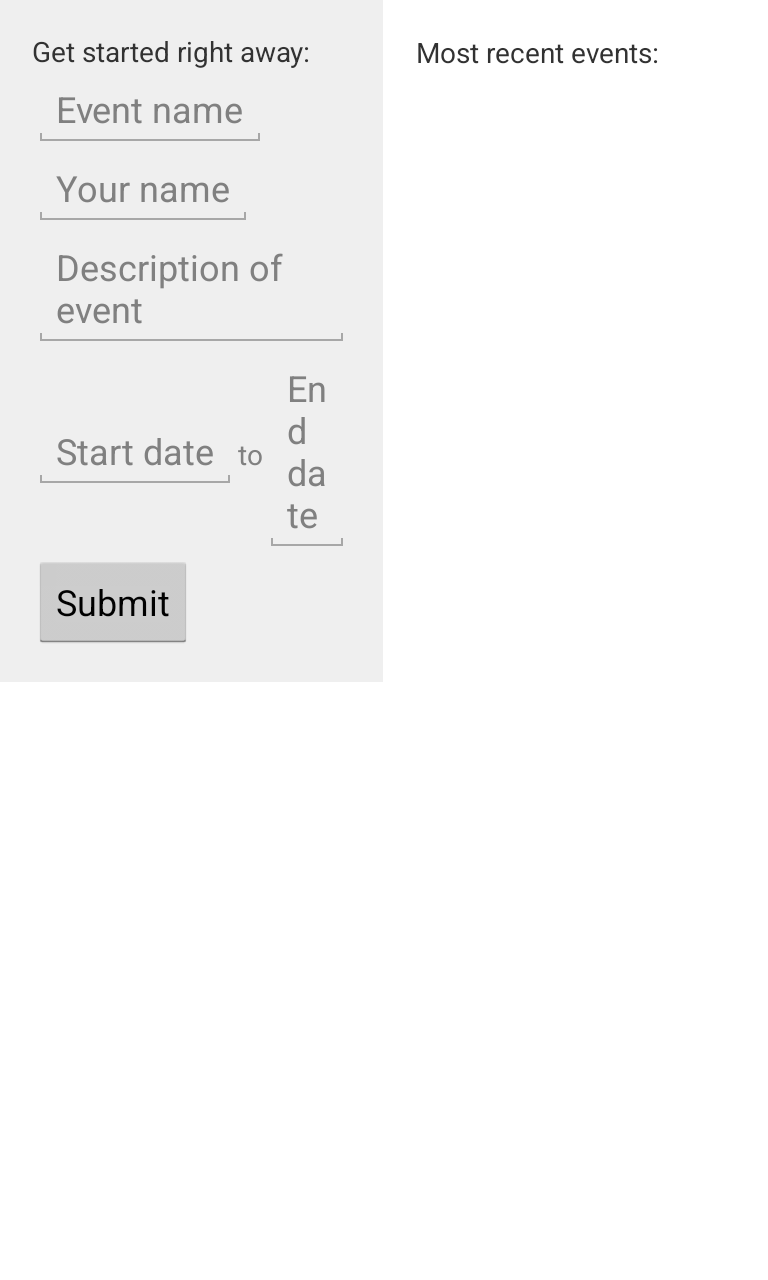
Repository: Raytray/WTFIIMC
Layout: Android/WTFIIMC/res/layout/activity_main.xml
These files come from the project's save history. The layout is drawn as it stood at one moment and after the next save; the edit follows.
It is drawn on a 768 x 1280 px phone screen (xhdpi) without system bars, with theme AppTheme; the app's code is not run.

Above is the layout before, as saved 2013-10-28 02:42:00.

### Android/WTFIIMC/res/layout/activity_main.xml
<TableLayout xmlns:android="http://schemas.android.com/apk/res/android"
			    xmlns:tools="http://schemas.android.com/tools"
    android:layout_width="fill_parent"
    android:layout_height="fill_parent"
    android:stretchColumns="1" >
    <TableRow>

        <FrameLayout
                android:layout_height="wrap_content"
                android:layout_width="0dp"
                android:layout_weight="1">
	    <ScrollView android:layout_width="fill_parent"
            	android:layout_height="fill_parent"
            	android:background="#efefef">
            <LinearLayout
			    android:layout_width="match_parent"
			    android:layout_height="match_parent"
			    android:paddingBottom="@dimen/activity_vertical_margin"
			    android:paddingLeft="@dimen/activity_horizontal_margin"
			    android:paddingRight="@dimen/activity_horizontal_margin"
			    android:paddingTop="@dimen/activity_vertical_margin"
			    android:orientation="vertical"
			    tools:context=".MainActivity" >

			    <TextView
			        android:layout_width="wrap_content"
			        android:layout_height="wrap_content"
			        android:text="@string/hello_world" />
				<EditText android:id="@+id/event_name"
			        android:layout_width="wrap_content"
			        android:layout_height="wrap_content"
			        android:hint="@string/prompt_event_name" />
				<EditText android:id="@+id/owner_name"
			        android:layout_width="wrap_content"
			        android:layout_height="wrap_content"
			        android:hint="@string/prompt_owner_name" />
				<EditText android:id="@+id/event_desc"
			        android:layout_width="wrap_content"
			        android:layout_height="wrap_content"
			        android:hint="@string/prompt_event_desc" />
				<LinearLayout
				    android:layout_width="match_parent"
				    android:layout_height="match_parent"
				    android:orientation="horizontal">
				<EditText android:id="@+id/start_date"
			        android:layout_width="wrap_content"
			        android:layout_height="wrap_content"
			        android:hint="@string/prompt_start_date" />
				<TextView
				    android:layout_width="wrap_content"
			        android:layout_height="wrap_content"
				    android:hint="@string/date_to"/>
				<EditText android:id="@+id/end_date"
			        android:layout_width="wrap_content"
			        android:layout_height="wrap_content"
			        android:hint="@string/prompt_end_date" />
				</LinearLayout>
				<Button
			        android:layout_width="wrap_content"
			        android:layout_height="wrap_content"
			        android:text="@string/button_send" />
			</LinearLayout>
		</ScrollView>
		</FrameLayout>

		<FrameLayout
                android:layout_height="wrap_content"
                android:layout_width="0dp"
                android:layout_margin="1px"
                android:layout_weight="1">
	    	<LinearLayout
			    android:layout_width="match_parent"
			    android:layout_height="match_parent"
			    android:paddingBottom="@dimen/activity_vertical_margin"
			    android:paddingLeft="@dimen/activity_horizontal_margin"
			    android:paddingRight="@dimen/activity_horizontal_margin"
			    android:paddingTop="@dimen/activity_vertical_margin"
			    android:orientation="vertical"
			    tools:context=".MainActivity" >

		    	<TextView
				        android:layout_width="wrap_content"
				        android:layout_height="wrap_content"
				        android:text="@string/list_of_events" />
		    </LinearLayout>
	    </FrameLayout>

    </TableRow>

</TableLayout>

### Android/WTFIIMC/res/values/strings.xml
<?xml version="1.0" encoding="utf-8"?>
<resources>

    <string name="app_name">WTFIIMC</string>
    <string name="action_settings">Settings</string>
    <string name="hello_world">Get started right away:</string>
    <string name="list_of_events">Most recent events:</string>

    <string name="prompt_event_name">Event name</string>
    <string name="prompt_owner_name">Your name</string>
    <string name="prompt_start_date">Start date</string>
    <string name="date_to"> to </string>
    <string name="prompt_event_desc">Description of event</string>
    <string name="prompt_end_date">End date</string>
    <string name="button_send">Submit</string>
    <string name="title_activity_main">MainActivity</string>
</resources>

Loaded but not shown: Android/WTFIIMC/res/values/styles.xml (common file); Android/WTFIIMC/res/values-v11/styles.xml (common file); Android/WTFIIMC/res/values-v14/styles.xml (common file); Android/WTFIIMC/res/values/dimens.xml (common file)

After the next save:
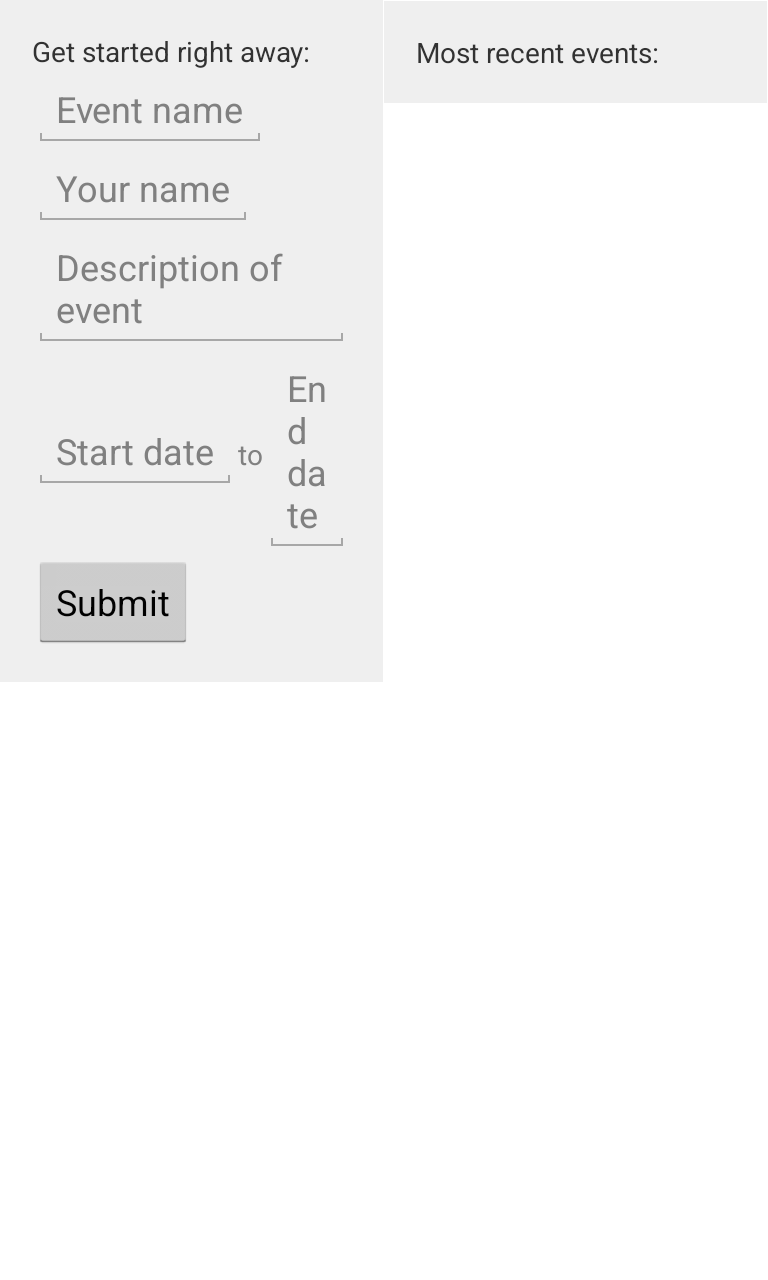
Saved 35 s later.
--- a/Android/WTFIIMC/res/layout/activity_main.xml
+++ b/Android/WTFIIMC/res/layout/activity_main.xml
@@ -68,6 +68,9 @@
                 android:layout_width="0dp"
                 android:layout_margin="1px"
                 android:layout_weight="1">
+	    <ScrollView android:layout_width="fill_parent"
+            	android:layout_height="fill_parent"
+            	android:background="#efefef">
 	    	<LinearLayout
 			    android:layout_width="match_parent"
 			    android:layout_height="match_parent"
@@ -83,6 +86,7 @@
 				        android:layout_height="wrap_content"
 				        android:text="@string/list_of_events" />
 		    </LinearLayout>
+		    </ScrollView>
 	    </FrameLayout>
 
     </TableRow>
